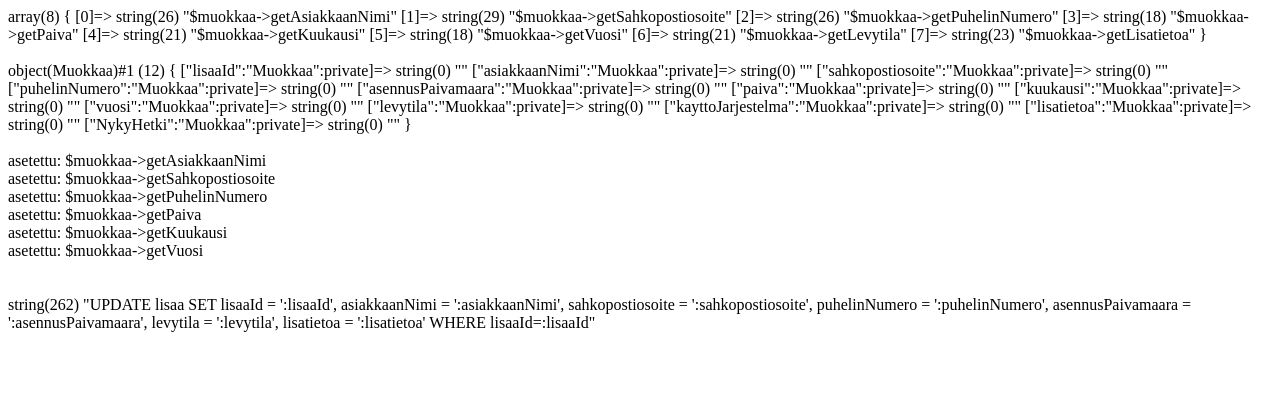
Repository: TommiKurjensalo/php
Page: http://localhost/test/function_to_function.php
An editor plug-in stored every save of this project. The page is shown before and after the next save, followed by the edit.
The browser window is 1280 px wide. The pictures show the whole page.
The page is run by PHP 8.4 with error messages shown; the project is at /var/www/html/.

Above is the page before, as saved 2017-04-25 16:40:57.

### sivut/test/function_to_function.php
<?php

$m = new Muokkaa("","asiakas@jee.org","040-988474","02","03","2017","332","3","Lisätietoa");

$m->muokkaaAsiakas($m);

class Muokkaa {

	// luokan attribuutit
	private $lisaaId = "";
	private $asiakkaanNimi = "";
	private $sahkopostiosoite = "";
	private $puhelinNumero = "";
	private $asennusPaivamaara = "";
	private $paiva = "";
	private $kuukausi = "";
	private $vuosi = "";
	private $levytila = "";
	private $kayttoJarjestelma = "";
	private $lisatietoa = "";
	private $NykyHetki = "";

	// Etsitään sopiva konstruktori
	function __construct() {
		$get_arguments       = func_get_args();
		$number_of_arguments = func_num_args();

		if (method_exists($this, $method_name = '__construct'.$number_of_arguments)) {
			call_user_func_array(array($this, $method_name), $get_arguments);
		}
	}


	// Luokan konstruktori
	public function __construct10($uusiAsiakkaanNimi = "", $uusiSahkopostiosoite = "", $uusiPuhelinNumero = "",
			$uusiPaiva = "", $uusiKuukausi = "", $uusiVuosi = "",
			$uusiLevytila = "", $uusiKayttoJarjestelma = "", $uusiLisatietoa = "")
	{

		// trim poistaa tyhjät merkkijonon alusta ja lopusta
		//$this->lisaaId = ($uusiId);
		$this->asiakkaanNimi = trim($uusiAsiakkaanNimi);
		$this->sahkopostiosoite = trim($uusiSahkopostiosoite);
		$this->puhelinNumero = trim($uusiPuhelinNumero);
		$this->paiva = trim($uusiPaiva);
		$this->kuukausi = trim($uusiKuukausi);
		$this->vuosi = trim($uusiVuosi);
		$this->levytila = trim($uusiLevytila);
		$this->kayttoJarjestelma = trim($uusiKayttoJarjestelma);
		$this->lisatietoa = trim($uusiLisatietoa);
	}

	// Luokan konstruktori haeAsiakas toimintoa varten
	public function __construct2($uusiId="", $uusiAsiakkaanNimi = "")

	{
		// trim poistaa tyhjät merkkijonon alusta ja lopusta
		$this->lisaaId = ($uusiId);
		$this->asiakkaanNimi = trim($uusiAsiakkaanNimi);
		$this->paiva = trim($uusiPaiva);
		$this->kuukausi = trim($uusiKuukausi);
		$this->vuosi = trim($uusiVuosi);
		$this->kayttoJarjestelma = trim($uusiKayttoJarjestelma);
	}

	// Muuttaa/asettaa lisaaId-attribuutin
	public function setLisaaId($uusiId) {
		$this->lisaaId = $uusiId;
	}

	// Palauttaa lisaaId-attribuutin
	public function getLisaaId() {
		return $this->lisaaId;
	}

	// Muuttaa/asettaa asiakkaanNimi-attribuutin
	public function setAsiakkaanNimi($uusiAsiakkaanNimi) {
		$this->asiakkaanNimi = $uusiAsiakkaanNimi;
	}

	// Palauttaa asiakkaanNimi-attribuutin
	public function getAsiakkaanNimi() {
		return $this->asiakkaanNimi;
	}


	// $empty kertoo, saako kenttä olla tyhjä (FALSE=>ei saa olla eli on pakollinen)
	// $min kertoo kentän minimipituuden merkkeinä
	// $max kertoo kentän maksimipituuden merkkeinä
	public function checkAsiakkaanNimi($required, $min, $max) {

		// Jos kenttä saa olla tyhjä ja se on tyhjä, ei ole virhettä
		if ($required === FALSE && strlen($this->asiakkaanNimi) == 0)
			return 0;

		if ($required === TRUE) {
			// Jos kenttä on tyhjä
			if (strlen($this->asiakkaanNimi) == 0)
				return 1;

			// Jos kentässä on liian vähän tai liikaa merkkejä
			if (strlen($this->asiakkaanNimi) < $min || strlen($this->asiakkaanNimi) > $max)
				return 2;

			// Jos kentässä on sinne kuulumattomia merkkejä
			if (preg_match("/[^a-zåäöA-ZÅÄÖ0-9 \-]/", $this->asiakkaanNimi))
				return 3;

		}
		// Ei ollut virheitä
		return 0;

	}

	// *******************************************************
	// Muuttaa/asettaa sahkopostiosoite-attribuutin
	public function setSahkopostiosoite($uusiSahkopostiosoite) {
		$this->sahkopostiosoite = $uusiSahkopostiosoite;
	}

	// Palauttaa sahkopostiosoite-attribuutin
	public function getSahkopostiosoite() {
		return $this->sahkopostiosoite;
	}

	public function checkSahkopostiosoite($required) {

		// Jos kenttä saa olla tyhjä ja se on tyhjä, ei ole virhettä
		if ($required === FALSE && strlen($this->sahkopostiosoite) == 0)
			return 0;

		if ($required == TRUE) {
			// Jos kenttä on tyhjä
			if (strlen($this->sahkopostiosoite) == 0)
				return 4;

			// Jos kentässä on sinne kuulumattomia merkkejä
			// Hyväksytyt merkit ovat A-Z a-z 0-9 . - ja maatunnus 2-4 merkkiä (A-Z a-z)
			if (!preg_match('/^[A-Öa-ö0-9._-]+@[A-Öa-ö0-9.-]+\.[A-Za-z]{2,4}$/', $this->sahkopostiosoite))
				return 5;

		}

		return 0;
	}

	// *******************************************************
	// Muuttaa/asettaa puhelinNumero-attribuutin
	public function setPuhelinNumero($uusiPuhelinNumero) {
		$this->puhelinNumero = $uusiPuhelinNumero;
	}

	// Palauttaa puhelinNumero-attribuutin
	public function getPuhelinNumero() {
		return $this->puhelinNumero;
	}

	public function checkPuhelinNumero($required, $min, $max) {

		// Jos kenttä saa olla tyhjä ja se on tyhjä, ei ole virhettä
		if ($required === FALSE && strlen($this->puhelinNumero) == 0)
			return 0;

		if ($required === TRUE) {
			// Jos kenttä on tyhjä
			if (strlen($this->puhelinNumero) == 0)
				return 6;

			// Jos kentässä on liian vähän merkkejä/numeroita
			if (strlen($this->puhelinNumero) < $min || strlen($this->puhelinNumero) > $max) {
				return 20;
			}
			// Jos kentässä on sinne kuulumattomia merkkejä
			// Sallittu vain numerot 0-9, välilyönti ja välimerkki '-'
			elseif (!preg_match('/^(\d){0,4}[-]{1}[(\d\s)]{0,17}$/D', $this->puhelinNumero)) {
				return 7;
			}

		}
		// Ei ollut virheitä
		return 0;
	}

	// *******************************************************
	// Muuttaa/asettaa asennusPaivamaara-attribuutin
	public function setAsennusPaivamaara($uusiAsennusPaivamaara) {
		$this->asennusPaivamaara = $uusiAsennusPaivamaara;
	}

	// Palauttaa asennusPaivamaara-attribuutin
	public function getAsennusPaivamaara() {
		return $this->asennusPaivamaara;
	}

	// *******************************************************
	// Muuttaa/asettaa paiva-attribuutin
	public function setPaiva($uusiPaiva) {
		$this->paiva = $uusiPaiva;
	}

	// Palauttaa paiva-attribuutin
	public function getPaiva() {
		return $this->paiva;
	}

	// *******************************************************
	// Muuttaa/asettaa kuukausi-attribuutin
	public function setKuukausi($uusiKuukausi) {
		$this->kuukausi = $uusiKuukausi;
	}

	// Palauttaa kuukausi-attribuutin
	public function getKuukausi() {
		return $this->kuukausi;
	}

	// *******************************************************
	// Muuttaa/asettaa vuosi-attribuutin
	public function setVuosi($uusiVuosi) {
		$this->vuosi = $uusiVuosi;
	}

	// Palauttaa vuosi-attribuutin
	public function getVuosi() {
		return $this->vuosi;
	}

	// Palauttaa nykyhetki-attribuutin
	// Käytetään testaukseen
	public function getNykyHetki() {
		return $this->NykyHetki;
	}

	public function checkAsennusPaivamaara($required) {


		if ($required === TRUE) {
			// Jos kentät on tyhjiä

			if (strpos($this->paiva, 'none') !==FALSE || strpos($this->kuukausi, 'none') !==FALSE
					|| strpos($this->vuosi, 'none') !==FALSE) {
						return 8;
					}
					// Määritellään muuttujia päivämäärän tulevaisuuden tarkistamista varten
					$paivaFormaatti='j.n.Y';
					$nykyHetki = new DateTime('now', new DateTimeZone('Europe/Helsinki'));
					// Muutetaan tuodut päivä,kuukausi ja vuositiedot DateTime muotoon, jotta sitä voidaan helpommin vertailla
					// ja viedä yhdellä muuttujalle tiedot sivulle
					$DateAsennusPaivamaara = DateTime::createFromFormat($paivaFormaatti,"$this->paiva.$this->kuukausi.$this->vuosi");
					$this->asennusPaivamaara = $DateAsennusPaivamaara;
					$this->NykyHetki = $nykyHetki;

					// Jos asetettu päivämääärä on tulevaisuudessa
					if($DateAsennusPaivamaara > $nykyHetki)
						return 9;
		}
		// Muuten palautetaan 0, aka kaikki hyvin
		return 0;
	}

	public function setErotteleAsennusPaivamaara($asennusPaivamaara) {

		if (!empty($asennusPaivamaara)) {
			list($uusiVuosi,$uusiKuukausi,$UusiPaiva) = explode(".",$asennusPaivamaara);

			$this->setPaiva($UusiPaiva);
			$this->setKuukausi($uusiKuukausi);
			$this->setVuosi($uusiVuosi);
		}


	}

	// *******************************************************
	// Muuttaa/asettaa levytila-attribuutin
	public function setLevytila($uusiLevytila) {
		$this->levytila = $uusiLevytila;
	}

	// Palauttaa levytila-attribuutin
	public function getLevytila() {
		return $this->levytila;
	}

	public function checkLevytila($required) {

		// Jos kenttä saa olla tyhjä ja se on tyhjä, ei ole virhettä
		if ($required === FALSE && strlen($this->levytila) == 0)
			return 0;

		if ($required === TRUE) {
			// Jos kenttä on tyhjä
			if (strlen($this->levytila) == 0)
				return 10;

			// Jos kentässä on sinne kuulumattomia merkkejä
			if (preg_match("[\d{1-5}]", $this->levytila))
				return 11;

			// Jos levytila on 0 tai negatiivinen kokonaisluku
			if ($this->levytila <= 0)
				return 21;
		}

		return 0;
	}

	// *******************************************************
	// Muuttaa/asettaa kayttoJarjestelma-attribuutin
	public function setKayttoJarjestelma($uusiKayttoJarjestelma) {
		$this->kayttoJarjestelma = $uusiKayttoJarjestelma;
	}

	// Palauttaa kayttoJarjestelma-attribuutin
	public function getKayttoJarjestelma() {
		return $this->kayttoJarjestelma;
	}

	public function checkKayttoJarjestelma($required) {

		// Jos kenttä saa olla tyhjä ja se on tyhjä, ei ole virhettä
		if ($required === FALSE && strlen($this->kayttoJarjestelma) == 0)
			return 0;

		if ($required === TRUE) {
			// Jos käyttöjärjestelmää ei ole valittu
			if (strpos($this->kayttoJarjestelma, 'none') !==FALSE)
				return 12;
		}
		// Ei ollut virheitä
		return 0;
	}

	// *******************************************************
	// Muuttaa/asettaa kayttoJarjestelma-attribuutin
	public function setLisatietoa($uusiLisatietoa) {
		$this->lisatietoa = $uusiLisatietoa;
	}

	// Palauttaa kayttoJarjestelma-attribuutin
	public function getLisatietoa() {
		return $this->lisatietoa;
	}

	public function checkLisatietoa ($required, $min, $max) {

		// Jos kenttä saa olla tyhjä ja se on tyhjä, ei ole virhettä
		if ($required === FALSE && strlen($this->lisatietoa) == 0)
			return 0;


		if ($required === TRUE) {
			// Jos kenttä on tyhjä
			if (strlen($this->lisatietoa) == 0)
				return 13;

			// Jos kentässä on liian vähän tekstiä
			if (strlen($this->lisatietoa) < $min || strlen($this->lisatietoa) > $max)
				return 14;

		}
		// Ei ollut virheitä
		return 0;
	}

public function muokkaaAsiakas($muokkaa) {

	$tulos = array();
	$table = 'lisaa';
	$where = 'lisaaId=:lisaaId';
	$a = '$muokkaa->get';
	$lista = [$a.'AsiakkaanNimi',$a.'Sahkopostiosoite',$a.'PuhelinNumero',$a.'Paiva',$a.'Kuukausi',$a.'Vuosi',$a.'Levytila',$a.'Lisatietoa'];

	var_dump($lista);
	echo "<br><br>";
	var_dump($muokkaa);

	echo "<br><br>";
	for ($i=0; $i<=5; $i++) {
		if (isset($lista[$i])) {
			echo 'asetettu: ' .$lista[$i].'<br>';
		}
	}

	$data = ["lisaaId" => ":lisaaId","asiakkaanNimi" => ":asiakkaanNimi","sahkopostiosoite"=>":sahkopostiosoite","puhelinNumero"=>":puhelinNumero",
			"asennusPaivamaara"=>":asennusPaivamaara","levytila"=>":levytila","lisatietoa"=>":lisatietoa"];

	function build_sql_update($table, $data, $where)
	{
		$cols = array();

		foreach($data as $key=>$val) {
			$cols[] = "$key = '$val'";
		}
		$sql = "UPDATE $table SET " . implode(', ', $cols) . " WHERE $where";

		return $sql;
	}

	$sql_lisaa = build_sql_update($table,$data,$where);
	//$sql_lisaa = Muokkaa::build_sql_update($table, $data, $where);
	echo "<br><br>";
	var_dump($sql_lisaa);
}
}
?>

After the next save:
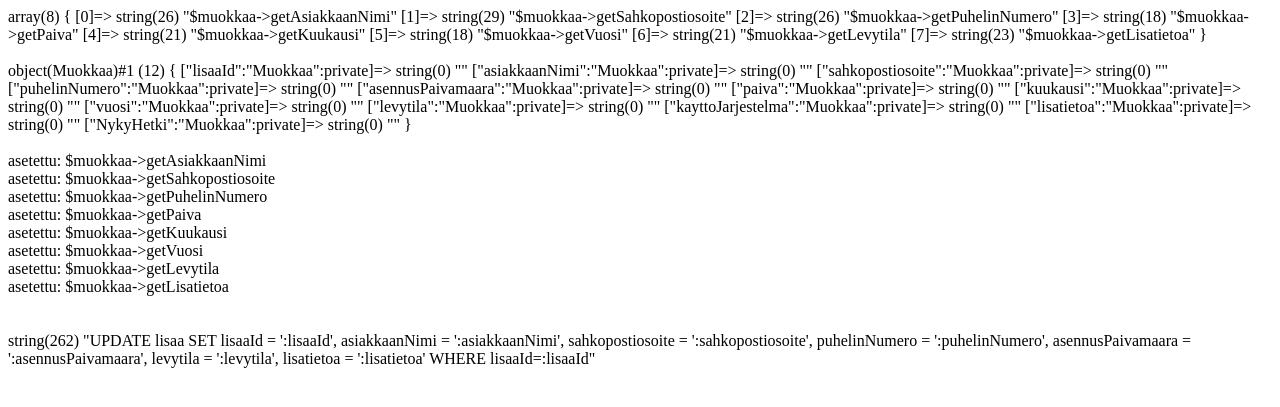
Saved 25 s later.
--- a/sivut/test/function_to_function.php
+++ b/sivut/test/function_to_function.php
@@ -376,7 +376,7 @@ public function muokkaaAsiakas($muokkaa) {
 	var_dump($muokkaa);
 
 	echo "<br><br>";
-	for ($i=0; $i<=5; $i++) {
+	for ($i=0; $i<=7; $i++) {
 		if (isset($lista[$i])) {
 			echo 'asetettu: ' .$lista[$i].'<br>';
 		}
